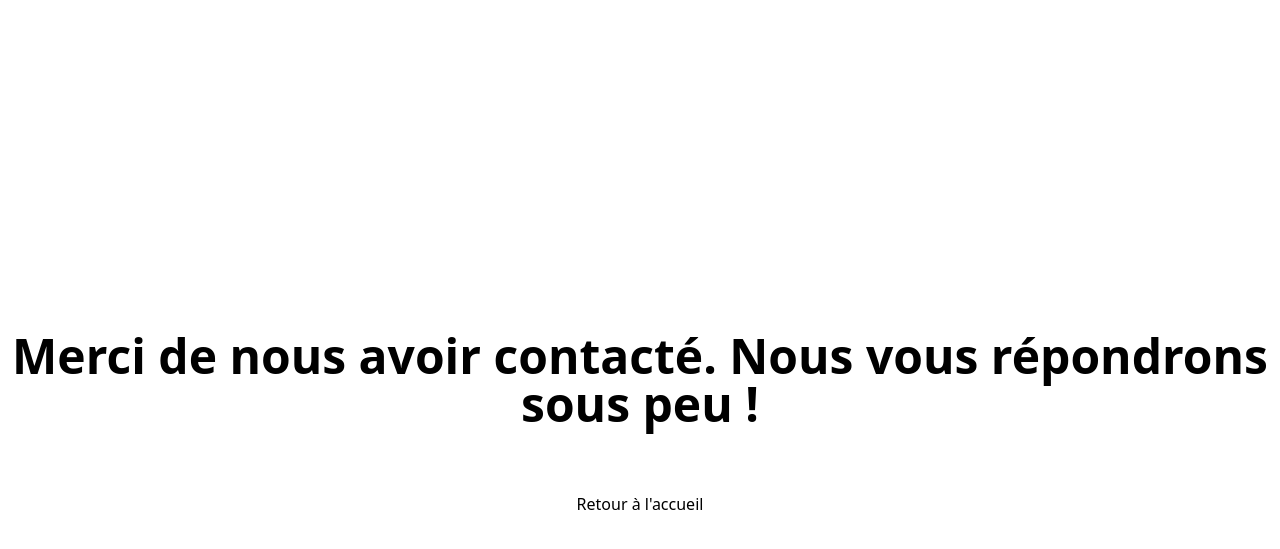
Repository: CarmenFerlatte/TP3__FerlatteCarmen
Page: confirmation.html
The author's editor kept a copy of each file at every save. The page is drawn from the files as they stood at one save, then again after a run of saves.
The browser window is 1280 px wide. The pictures show the whole page.
Some web libraries are served in a nearby version. The style sheet was rebuilt from its Sass, Less or Tailwind sources for each picture, by a compiler version that may differ from the author's.

Above is the page before, as saved 2024-08-29 12:35:17.

### confirmation.html
<!DOCTYPE html>
<html lang="en">
<head>
    <meta charset="UTF-8">
    <meta name="viewport" content="width=device-width, initial-scale=1.0">
    <title>Confirmation</title>
    <script src="https://cdn.tailwindcss.com"></script>
    <link href="https://cdn.jsdelivr.net/npm/tailwindcss@2.2.19/dist/tailwind.min.css" rel="stylesheet">
    <link rel="stylesheet" href="https://cdnjs.cloudflare.com/ajax/libs/font-awesome/6.4.0/css/all.min.css">
    <link rel="stylesheet" href="style/css/style.css">
    <link rel="manifest" href="manifest.json">
    <link rel="icon" href="favicon.ico" type="image/x-icon">
    <meta name="description" content="Carmen Ferlatte, web designer et étudiante en développement web front-end. Présentation de mon portefolio et services de Webmestre.">
    <meta name="apple-mobile-web-app-capable" content="yes" >
    <meta name="apple-mobile-web-app-status-bar-style" content="black" >
    <meta name="apple-mobile-web-app-title" content="Portefolio" >
    <meta name="theme-color" content="black">
    <link rel="apple-touch-icon" href="img/icons/icon-192x192.png">
    <script src="https://code.jquery.com/jquery-3.6.0.min.js"></script>
</head>
<body>
    <main>
        <section class="flex max-w-screen-2x h-screen items-center justify-center">
            <div class="container">
                <div class="col-12 text-center">
                    <h1 class="text-center text-3xl lg:text-4xl xl:text-5xl font-bold pt-32 pb-4 md:pb-16">Merci de nous avoir contacté. Nous vous répondrons sous peu !</h1>
                    <a class="cursor-pointer" href="index.html" title="Retour à la page d'accueil">Retour à l'accueil</a>
                </div>
            </div>
    </main>
</body>
</html>

### style/sass/style.scss
@use "navbar" as *;
@use "caroussel" as *;
@use "animate" as *;
@use "option" as *;
@use "calendrier" as *;

### style/sass/_navbar.scss
@keyframes neon-pulse {
    0%, 100% {
        text-shadow: 0 0 5px #fff, 0 0 10px #fff, 0 0 15px #fff, 0 0 20px #0891b2, 0 0 35px #0891b2, 0 0 40px #0891b2, 0 0 50px #0891b2, 0 0 75px #0891b2;
    }
    50% {
        text-shadow: 0 0 2px #fff, 0 0 5px #fff, 0 0 7px #fff, 0 0 10px #0891b2, 0 0 17px #0891b2, 0 0 20px #0891b2, 0 0 25px #0891b2, 0 0 37px #0891b2;
    }
}

.neon-text {
    animation: neon-pulse 1.5s infinite alternate;
}

.bg-animated {
    background: linear-gradient(-45deg, #000000, #1a1a1a, #000033, #003366);
    background-size: 400% 400%;
    animation: gradient 15s ease infinite;
}

@keyframes gradient {
    0% { background-position: 0% 50%; }
    50% { background-position: 100% 50%; }
    100% { background-position: 0% 50%; }
}

.cyber-grid {
    background-image:
        linear-gradient(rgba(0, 255, 255, 0.1) 1px, transparent 1px),
        linear-gradient(90deg, rgba(0, 255, 255, 0.1) 1px, transparent 1px);
    background-size: 20px 20px;
    animation: cyber-grid-move 20s linear infinite;
}

@keyframes cyber-grid-move {
    0% { background-position: 0 0; }
    100% { background-position: 20px 20px; }
}



.nav-link {
    position: relative;
    overflow: hidden;

        &::before {
            content: '';
            position: absolute;
            bottom: 0;
            left: 0;
            width: 100%;
            height: 2px;
            background-color: #0891b2;
            transform: translateX(-100%);
            transition: transform 0.3s ease;
        }

       &:hover::before {
            transform: translateX(0);
        }

        &::after {
            content: attr(data-text);
            position: absolute;
            top: 0;
            left: 0;
            width: 100%;
            height: 100%;
            display: flex;
            align-items: center;
            justify-content: center;
            transform: translateY(100%);
            background: linear-gradient(to bottom, #0891b2, rgb(103, 232, 249));
            -webkit-background-clip: text;
            background-clip: text;
            -webkit-text-fill-color: transparent;
            transition: transform 0.3s ease;
        }

        &:hover::after {
            transform: translateY(0);
        }
}


.glitch-effect {
    position: relative;

    &::before,
    &::after {
        content: attr(data-text);
        position: absolute;
        top: 0;
        left: 0;
        width: 100%;
        height: 100%;
        opacity: 0.8;
    }

    &::before {
        left: 2px;
        text-shadow: -2px 0 rgb(236, 72, 153);
        clip: rect(24px, 550px, 90px, 0);
        animation: glitch-anim 3s infinite linear alternate-reverse;
    }

    &::after {
        left: -2px;
        text-shadow: -2px 0 #0891b2;
        clip: rect(85px, 550px, 140px, 0);
        animation: glitch-anim 2s infinite linear alternate-reverse;
    }

}



@keyframes glitch-anim {
    0% { clip: rect(39px, 9999px, 71px, 0); }
    20% { clip: rect(3px, 9999px, 5px, 0); }
    40% { clip: rect(6px, 9999px, 38px, 0); }
    60% { clip: rect(13px, 9999px, 43px, 0); }
    80% { clip: rect(44px, 9999px, 93px, 0); }
    100% { clip: rect(54px, 9999px, 47px, 0); }
}

#menu-toggle {
    &:checked {
        ~ .menu {
            display: block;
        }

        ~ .menu-icon {
            .hamburger {
                transform: rotate(45deg);

                &::before {
                    transform: translateY(8px) rotate(90deg);
                }

                &::after {
                    transform: translateY(-8px) rotate(90deg);
                }
            }
        }
    }
}

.hamburger,
.hamburger::before,
.hamburger::after {
    content: '';
    display: block;
    background: #0891b2;
    height: 3px;
    width: 30px;
    transition: transform 0.5s cubic-bezier(0.23, 1, 0.32, 1);
}

.hamburger {
    &::before {
        transform: translateY(-8px);
    }

    &::after {
        transform: translateY(8px);
    }
}

@media (max-width: 768px) {
    .menu {
        position: fixed;
        top: 60px;
        left: 0;
        right: 0;
        width: 100%;
        height: 0;
        background: rgba(0, 0, 0, 0.9);
        overflow: hidden;
        transition: height 0.5s cubic-bezier(0.23, 1, 0.32, 1);
        text-align: right;
        padding-right: 20px;
        padding-top: 20px;

        a {
            display: block;
            font-size: 1.2rem;
            padding: 10px 0;
            text-decoration: underline 2px #0891b2;

            &:hover {
                color: #0891b2;
                text-decoration: none;
                cursor: pointer;
            }
        }
    }

    #menu-toggle:checked ~ .menu {
        height: calc(100vh - 60px);
    }
}

@media (max-width: 640px) {
    .no-glitch {
        animation: none !important;
    }
}

/*-------------Invisible Navbar-------------*/

.navbar-hidden {
    transform: translateY(-100%);
    transition: transform 0.3s ease-in-out;
}

### style/sass/_caroussel.scss
.carousel-control {
    position: absolute;
    top: 0;
    z-index: 30;
    display: flex;
    align-items: center;
    justify-content: center;
    height: 100%;
    padding: 0 1rem;
    cursor: pointer;
    outline: none;

    &-prev {
    left: 0;
    }

    &-next {
    right: 0;
    }

    span {
    display: inline-flex;
    align-items: center;
    justify-content: center;
    width: 2.5rem;
    height: 2.5rem;
    border-radius: 50%;
    background-color: rgba(0, 0, 0, 0.3);
    transition: background-color 0.3s;

        &:hover {
        background-color: rgba(0, 0, 0, 0.5);
        }

        svg {
        width: 1rem;
        height: 1rem;
        color: white;
        }

        .sr-only {
        position: absolute;
        width: 1px;
        height: 1px;
        padding: 0;
        margin: -1px;
        overflow: hidden;
        clip: rect(0, 0, 0, 0);
        border: 0;
        }

    }
}

### style/sass/_animate.scss
@keyframes slide-in-right {
  0% {
    transform: translateX(100%);
    opacity: 0;
  }
  100% {
    transform: translateX(0);
    opacity: 1;
  }
}

.animate-slide-in-right {
  animation: slide-in-right 0.5s ease-out forwards;
}

### style/sass/_option.scss
/*---------- Menu sélectionné ----------*/

.custom-select option:hover {
    background-color: #0891b2;
}

### style/sass/_calendrier.scss

.calendar-iframe {
  border: 0;
  width: 100%;
  height: 650px;

}

After the next 2 saves:
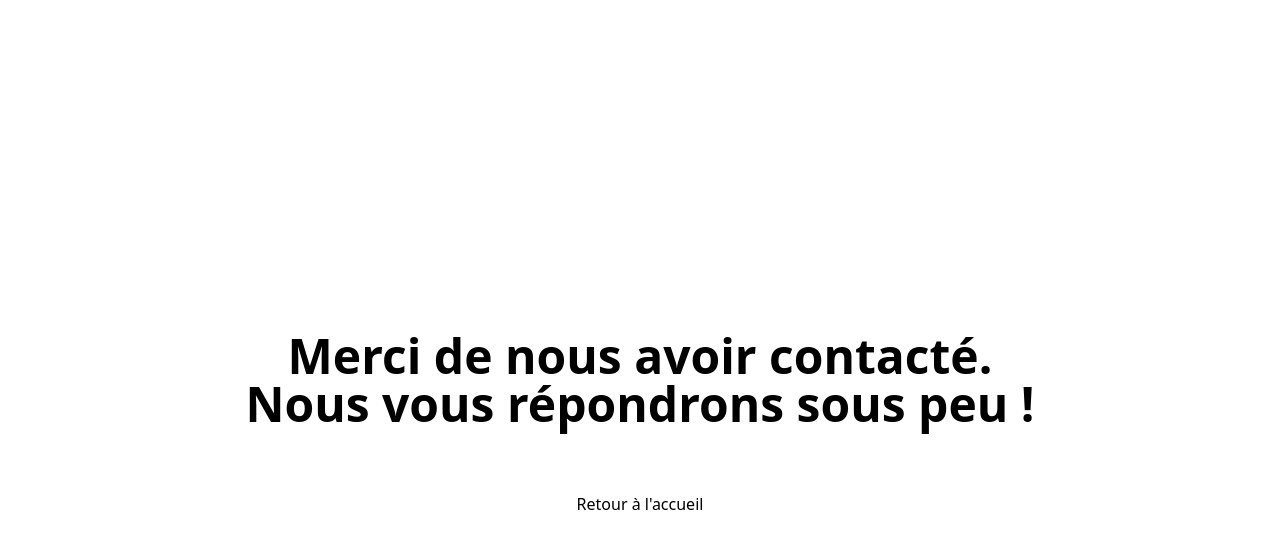
The 2 saves are shown as one change because they came seconds apart.
The last was saved 13 s later.
--- a/confirmation.html
+++ b/confirmation.html
@@ -23,7 +23,7 @@
         <section class="flex max-w-screen-2x h-screen items-center justify-center">
             <div class="container">
                 <div class="col-12 text-center">
-                    <h1 class="text-center text-3xl lg:text-4xl xl:text-5xl font-bold pt-32 pb-4 md:pb-16">Merci de nous avoir contacté. Nous vous répondrons sous peu !</h1>
+                    <h1 class="text-center text-3xl lg:text-4xl xl:text-5xl font-bold pt-32 pb-4 md:pb-16">Merci de nous avoir contacté.<br> Nous vous répondrons sous peu !</h1>
                     <a class="cursor-pointer" href="index.html" title="Retour à la page d'accueil">Retour à l'accueil</a>
                 </div>
             </div>
